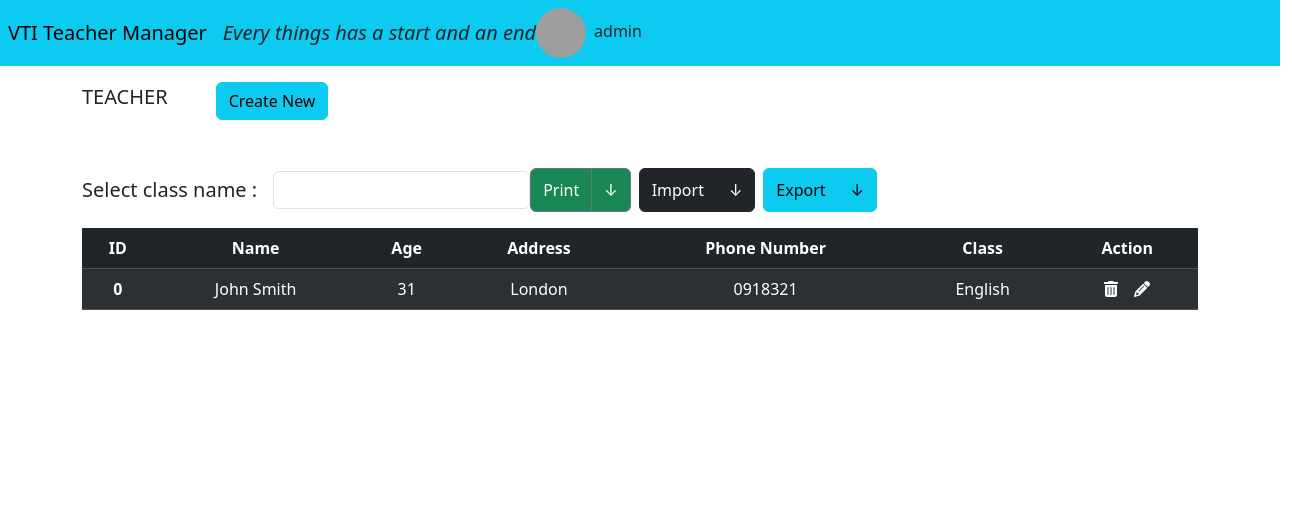
Repository: NPhanA/React2022
Page: / (app in Final Day - Test/final-test/)
An editor plug-in stored every save of this project. The page is shown before and after the next save, followed by the edit.
The browser window is 1280 px wide. The page is 1292 px wide, so the pictures cover 1292 px, including what lies to the right of the window. The pictures show the whole page.
Pictures or frames that could not be fetched are drawn as grey boxes. The project was rebuilt for these pictures with package versions that can differ from the ones it lists, and the page was loaded fresh each time. Also part of the build but not shown: Final Day - Test/final-test/src/App.css, Final Day - Test/final-test/src/App.js, Final Day - Test/final-test/src/Component/ChangeInput.js.

Above is the page before, as saved 2022-08-04 01:55:49.

After the next save:
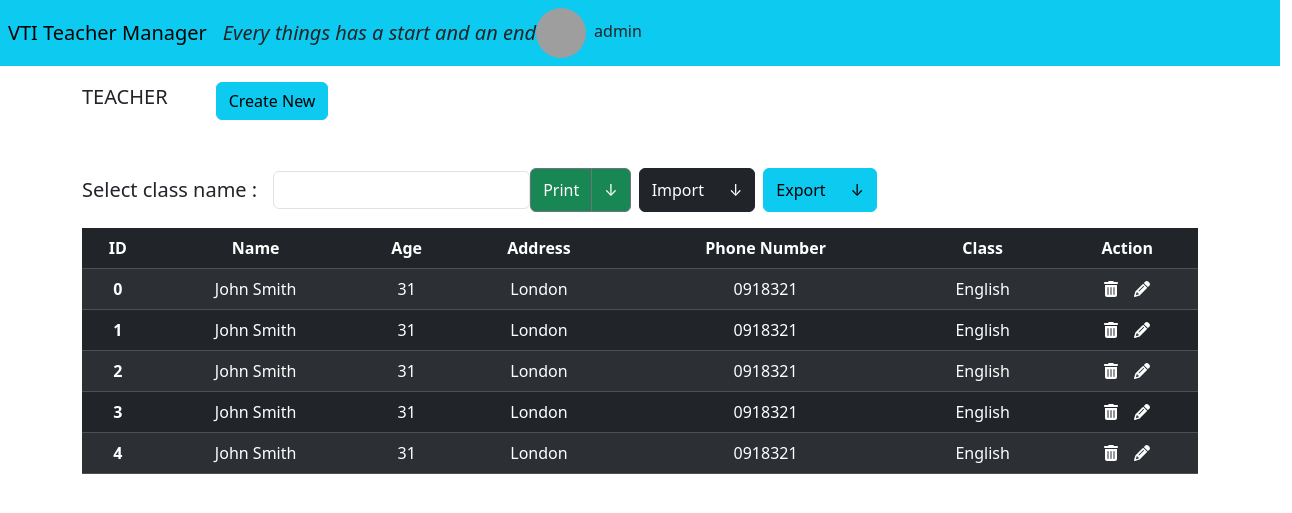
Saved 29 s later.
--- a/Final Day - Test/final-test/src/Component/Manager.js
+++ b/Final Day - Test/final-test/src/Component/Manager.js
@@ -9,10 +9,18 @@
 export default function TeacherManager() {
     let [teacher, setTeachers] = useState([
         { id: 0, name: "John Smith", age: 31, address: "London", phoneNumber: "0918321", teachedClass: "English" },
+        { id: 1, name: "John Smith", age: 31, address: "London", phoneNumber: "0918321", teachedClass: "English" },
+        { id: 2, name: "John Smith", age: 31, address: "London", phoneNumber: "0918321", teachedClass: "English" },
+        { id: 3, name: "John Smith", age: 31, address: "London", phoneNumber: "0918321", teachedClass: "English" },
+        { id: 4, name: "John Smith", age: 31, address: "London", phoneNumber: "0918321", teachedClass: "English" },
     ])
     let [editContactID, setEditID] = useState(null);
     let [editFormData, setEditFormData] = useState([
         { id: 0, name: "John Smith", age: 31, address: "London", phoneNumber: "0918321", teachedClass: "English" },
+        { id: 1, name: "John Smith", age: 31, address: "London", phoneNumber: "0918321", teachedClass: "English" },
+        { id: 2, name: "John Smith", age: 31, address: "London", phoneNumber: "0918321", teachedClass: "English" },
+        { id: 3, name: "John Smith", age: 31, address: "London", phoneNumber: "0918321", teachedClass: "English" },
+        { id: 4, name: "John Smith", age: 31, address: "London", phoneNumber: "0918321", teachedClass: "English" },
     ]);
     const addTeacher = () => {
         let currValue = document.getElementById("input-name").value;

After the save that followed:
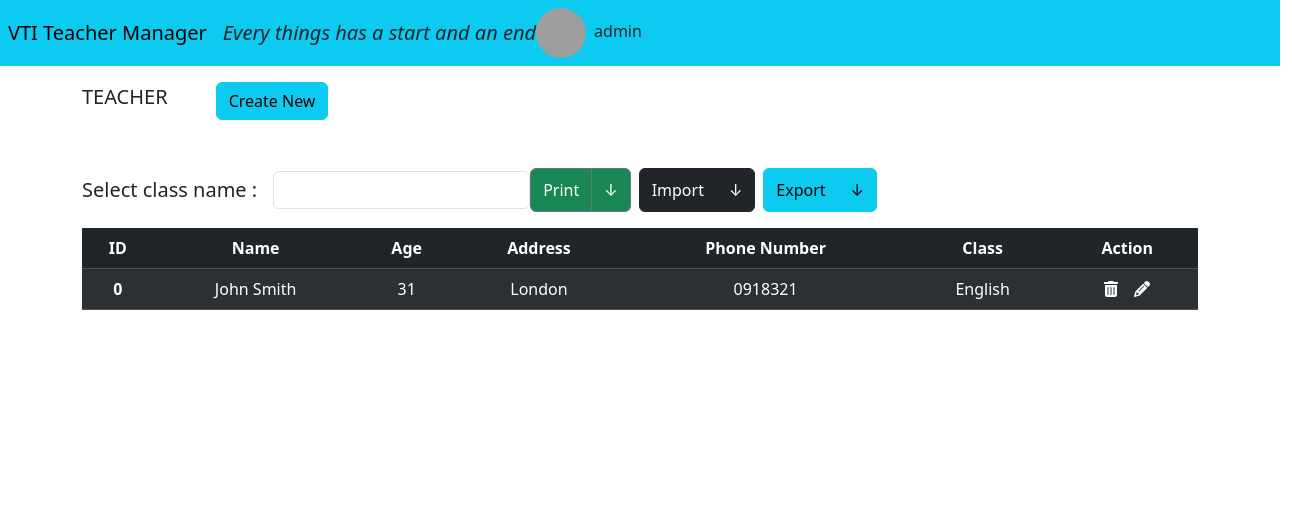
Saved 53 s later.
--- a/Final Day - Test/final-test/src/Component/Manager.js
+++ b/Final Day - Test/final-test/src/Component/Manager.js
@@ -9,18 +9,10 @@
 export default function TeacherManager() {
     let [teacher, setTeachers] = useState([
         { id: 0, name: "John Smith", age: 31, address: "London", phoneNumber: "0918321", teachedClass: "English" },
-        { id: 1, name: "John Smith", age: 31, address: "London", phoneNumber: "0918321", teachedClass: "English" },
-        { id: 2, name: "John Smith", age: 31, address: "London", phoneNumber: "0918321", teachedClass: "English" },
-        { id: 3, name: "John Smith", age: 31, address: "London", phoneNumber: "0918321", teachedClass: "English" },
-        { id: 4, name: "John Smith", age: 31, address: "London", phoneNumber: "0918321", teachedClass: "English" },
     ])
     let [editContactID, setEditID] = useState(null);
     let [editFormData, setEditFormData] = useState([
         { id: 0, name: "John Smith", age: 31, address: "London", phoneNumber: "0918321", teachedClass: "English" },
-        { id: 1, name: "John Smith", age: 31, address: "London", phoneNumber: "0918321", teachedClass: "English" },
-        { id: 2, name: "John Smith", age: 31, address: "London", phoneNumber: "0918321", teachedClass: "English" },
-        { id: 3, name: "John Smith", age: 31, address: "London", phoneNumber: "0918321", teachedClass: "English" },
-        { id: 4, name: "John Smith", age: 31, address: "London", phoneNumber: "0918321", teachedClass: "English" },
     ]);
     const addTeacher = () => {
         let currValue = document.getElementById("input-name").value;
